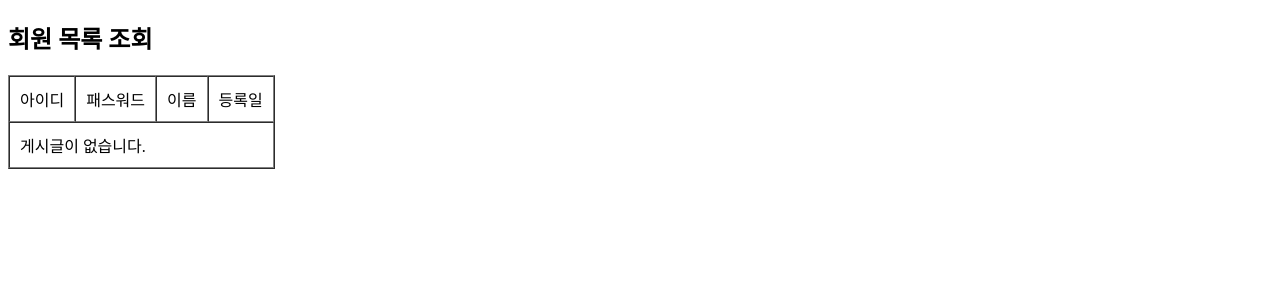
Repository: design-view/jspstudy
Page: http://localhost/GreenJsp/04jdbc/memberlist.jsp
An editor plug-in stored every save of this project. The page is shown before and after the next save, followed by the edit.
The browser window is 1280 px wide. The pictures show the whole page.
The page is served by Tomcat 9. Other server files are loaded and not shown. Queries for data that is not in the repository find no rows.

Above is the page before, as saved 2024-01-15 07:07:59.

### GreenJsp/src/main/webapp/04jdbc/memberlist.jsp
<%@page import="member.MemberDAO"%>
<%@page import="java.util.ArrayList"%>
<%@page import="member.MemberDTO"%>
<%@page import="java.util.List"%>
<%@page import="java.util.Date"%>
<%@page import="java.sql.ResultSet"%>
<%@page import="java.sql.Statement"%>
<%@page import="common.JDBCConnect"%>
<%@ page language="java" contentType="text/html; charset=UTF-8"
    pageEncoding="UTF-8"%>
<!DOCTYPE html>
<html>
<head>
<meta charset="UTF-8">
<title>Insert title here</title>
</head>
<body>
	<h2>회원 목록 조회</h2>
	<%
		MemberDAO dao = new MemberDAO(application);
		List<MemberDTO> memberlist = dao.selectList();
		dao.close();
	%>
	<table border="1" cellpadding="10" cellspacing="0">
		<tr>
			<td>아이디</td>
			<td>패스워드</td>
			<td>이름</td>
			<td>등록일</td>
		</tr>
		<%
			if(memberlist.isEmpty()){
		%>
		<tr>
			<td colspan="4">게시글이 없습니다.</td>
		</tr>
		<%
			}else {
				for(MemberDTO m: memberlist){
		%>
		<tr>
			<td><%=m.getId()%></td>
			<td><%=m.getPass()%></td>
			<td>
				<a href="memberDetail.jsp?id=<%=m.getId()%>">
				<%=m.getName()%>
				</a>
			</td>
			<td><%=m.getRegidate()%></td>
		</tr>
		<%
				}
			}
		%>
	</table>
</body>
</html>

### GreenJsp/src/main/java/common/JDBCConnect.java
package common;

import java.sql.Connection;
import java.sql.DriverManager;
import java.sql.PreparedStatement;
import java.sql.ResultSet;
import java.sql.SQLException;
import java.sql.Statement;

import javax.servlet.ServletContext;

public class JDBCConnect {
	//데이터베이스연결
	public Connection con;
	//정적 쿼리문을 실행할때 사용
	public Statement stmt;
	//동적 쿼리문을 실행할때 사용
	public PreparedStatement psmt;
	//select 쿼리문의 결과를 저장
	public ResultSet rs;

	//기본생성자
	public JDBCConnect() {
		try {
			//JDBC드라이버 로드
			Class.forName("oracle.jdbc.OracleDriver");
			//오라클 경로  jdbc:oracle:thin ---> 오라클 프로토콜
			//http://naver.com   jdbc:oracle:thin:@localhost:1521:xe
			String url = "jdbc:oracle:thin:@localhost:1521:xe";
			String id = "greenjsp";
			String pw = "green1234";
			con = DriverManager.getConnection(url,id,pw);
			System.out.println("JDBC 컨넥션 생성");
		} catch (Exception e) {
			// TODO Auto-generated catch block
			e.printStackTrace();
		}
	}
	//생성자 오버로딩
	public JDBCConnect(String driver, String url, String id, String pw) {

			try {
				//JDBC 드라이버 로드
				Class.forName(driver);
				//DB연결
				con = DriverManager.getConnection(url,id,pw);
				System.out.println("2번째 생성자로 생성");
			} catch (Exception e) {
				// TODO Auto-generated catch block
				e.printStackTrace();
			}


	}


	//생성자3
	public JDBCConnect(ServletContext application) {
		try {
			String driver = application.getInitParameter("OracleDriver");
			String url = application.getInitParameter("OracleURL");
			String id = application.getInitParameter("OracleId");
			String pw = application.getInitParameter("OraclePwd");
			//JDBC 드라이버 로드
			Class.forName(driver);
			//DB연결
			con = DriverManager.getConnection(url,id,pw);
			System.out.println("2번째 생성자로 생성");
		} catch (Exception e) {
			// TODO Auto-generated catch block
			e.printStackTrace();
		}
	}
	//연결해지
	public void close() {
			try {
				if(rs != null) rs.close();
				if(stmt != null) stmt.close();
				if(psmt != null) psmt.close();
				if(con != null) con.close();
				System.out.println("자원해지");
			} catch (SQLException e) {
				// TODO Auto-generated catch block
				e.printStackTrace();
			}
	}

}

### GreenJsp/src/main/java/member/MemberDAO.java
package member;


import java.sql.SQLException;
import java.util.ArrayList;
import java.util.List;

import javax.servlet.ServletContext;
import javax.servlet.jsp.JspWriter;

import common.JDBCConnect;
import common.JSFunction;

public class MemberDAO extends JDBCConnect{
	public MemberDAO(ServletContext application) {
		super(application);
	}
	//게시글 목록 가져오기
	public List<MemberDTO> selectList(){
		String sql = "select * from member";
		List<MemberDTO> memberlist = new ArrayList<MemberDTO>();
		try {
			stmt = con.createStatement();
			rs = stmt.executeQuery(sql);
			while(rs.next()){
				MemberDTO member = new MemberDTO();
				member.setId(rs.getString("id"));
				member.setPass(rs.getString("pass"));
				member.setName(rs.getString("name"));
				member.setRegidate(rs.getDate("regidate"));
				memberlist.add(member);
			}
		} catch (SQLException e) {
			// TODO Auto-generated catch block
			e.printStackTrace();
		}
		return memberlist;
	}
	//게시글 상세 조회하기
	public MemberDTO detailView(String id) {
		String query = "select * from member where id=?";
		MemberDTO member = new MemberDTO();
		try {
			psmt = con.prepareStatement(query);
			psmt.setString(1, id);
			rs = psmt.executeQuery();
			if(rs.next()) {
				member.setId(rs.getString("id"));
				member.setPass(rs.getString("pass"));
				member.setName(rs.getString("name"));
				member.setRegidate(rs.getDate("regidate"));
			}
		} catch (SQLException e) {
			// TODO Auto-generated catch block
			e.printStackTrace();
		}
		return member;
	}

	//게시글 삭제하기
	public int deleteMember(String id) {
		String query = "delete from member where id='"+id+"'";
		int result = 0;
		try {
			stmt=con.createStatement();
			result = stmt.executeUpdate(query);

		} catch (SQLException e) {
			// TODO Auto-generated catch block
			e.printStackTrace();
		}
		return result;

	}
	//게시글 수정하기
	public int updateMember(String id, String pw, String name, String oldid) {
		int result = 0;
		String query = "update member set id=?, pass=?, name=? where id=?";
		try {
			psmt = con.prepareStatement(query);
			psmt.setString(1, id);
			psmt.setString(2, pw);
			psmt.setString(3, name);
			psmt.setString(4, oldid);
			result = psmt.executeUpdate();
		} catch (SQLException e) {
			// TODO Auto-generated catch block
			e.printStackTrace();
		}

		return result;
	}

}

After the next save:
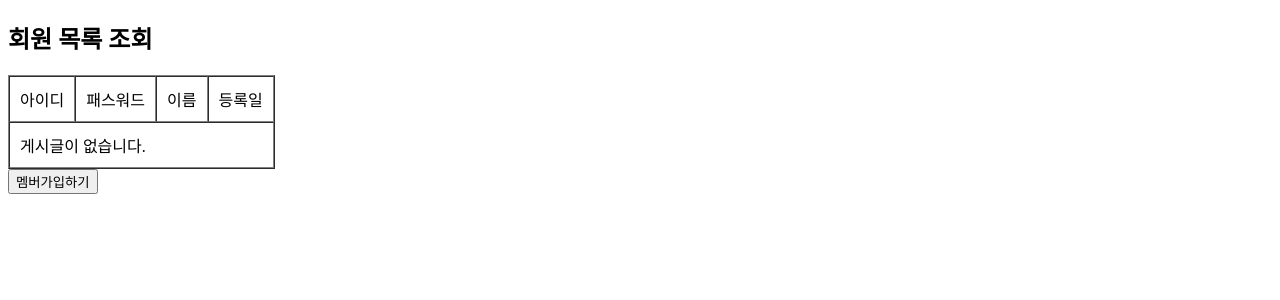
Saved 13 min 40 s later.
--- a/GreenJsp/src/main/webapp/04jdbc/memberlist.jsp
+++ b/GreenJsp/src/main/webapp/04jdbc/memberlist.jsp
@@ -53,5 +53,6 @@
 			}
 		%>
 	</table>
+	<button>멤버가입하기</button>
 </body>
 </html>
